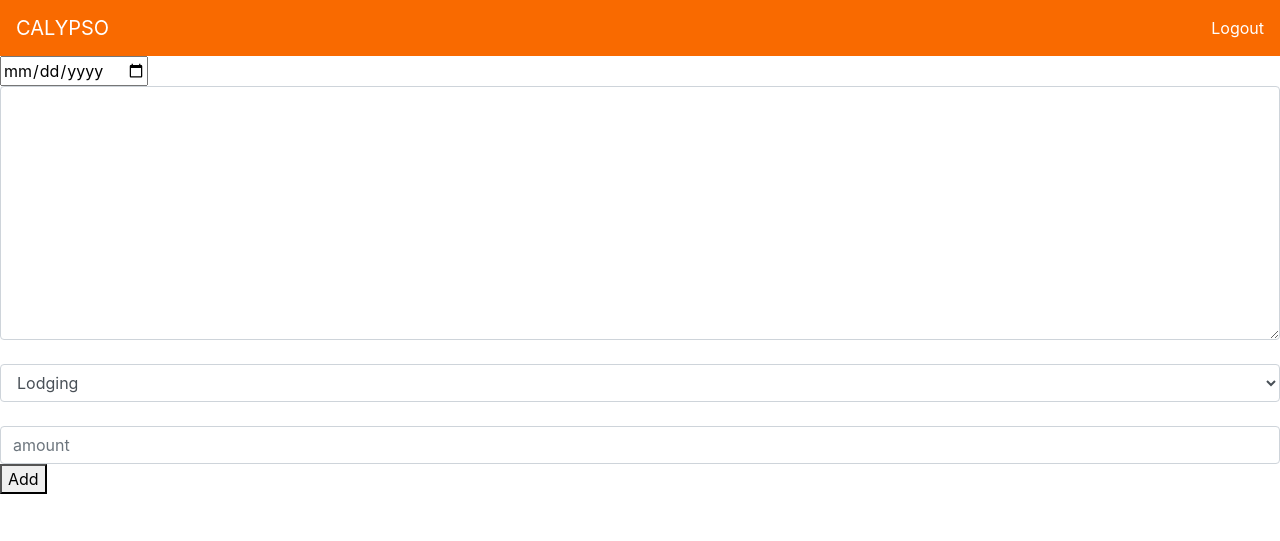
Repository: mileslacue/Project1
Page: Minimal Viable Product/Project1/ERS/src/main/webapp/partials/createReimbursement.html
The author's editor kept a copy of each file at every save. The page is drawn from the files as they stood at one save, then again after the next save.
The browser window is 1280 px wide. The pictures show the whole page.
Some web libraries are served in a nearby version.

Above is the page before, as saved 2018-11-07 14:24:30.

### Minimal Viable Product/Project1/ERS/src/main/webapp/partials/createReimbursement.html
<!DOCTYPE html>
<html lang="en">

<head>
<meta charset="UTF-8">
<meta name="viewport" content="width=device-width, initial-scale=1.0">
<meta http-equiv="X-UA-Compatible" content="ie=edge">
<link rel="stylesheet" href="https://stackpath.bootstrapcdn.com/bootstrap/4.1.3/css/bootstrap.min.css" integrity="sha384-MCw98/SFnGE8fJT3GXwEOngsV7Zt27NXFoaoApmYm81iuXoPkFOJwJ8ERdknLPMO"

       crossorigin="anonymous">

<style>
nav {
	background-color: #F96A00;
}
</style>

</head>
<body>

	<nav class="navbar navbar-light">
		<a class="navbar-brand" href="#" style="color: white;"> CALYPSO </a> <a
			href="#" id="logout" style="color: white;">Logout</a>
	</nav>

	<input type="date" id="date" placeholder="">
	<br>
	<textarea class="form-control" name="description" id="description" cols="30" rows="10"></textarea>
	<br>
	<select class="form-control" name="type" id="type">
		<option value="Lodging">Lodging</option>
		<option value="Travel">Travel</option>
		<option value="Food">Food</option>
		<option value="Other">Other</option>
	</select>
	<br>
	<input class="form-control"type="number" placeholder="amount" id="amount">
	<button type="submit" id="add">Add</button>

	<script src="https://code.jquery.com/jquery-3.3.1.slim.min.js"
		integrity="sha384-q8i/X+965DzO0rT7abK41JStQIAqVgRVzpbzo5smXKp4YfRvH+8abtTE1Pi6jizo"
		crossorigin="anonymous"></script>
	<script
		src="https://cdnjs.cloudflare.com/ajax/libs/popper.js/1.14.3/umd/popper.min.js"
		integrity="sha384-ZMP7rVo3mIykV+2+9J3UJ46jBk0WLaUAdn689aCwoqbBJiSnjAK/l8WvCWPIPm49"
		crossorigin="anonymous"></script>
	<script
		src="https://stackpath.bootstrapcdn.com/bootstrap/4.1.3/js/bootstrap.min.js"
		integrity="sha384-ChfqqxuZUCnJSK3+MXmPNIyE6ZbWh2IMqE241rYiqJxyMiZ6OW/JmZQ5stwEULTy"
		crossorigin="anonymous"></script>
	<script type="text/javascript" charset="utf8" src="https://cdn.datatables.net/1.10.19/js/jquery.dataTables.js"></script>
</body>
</html>

After the next save:
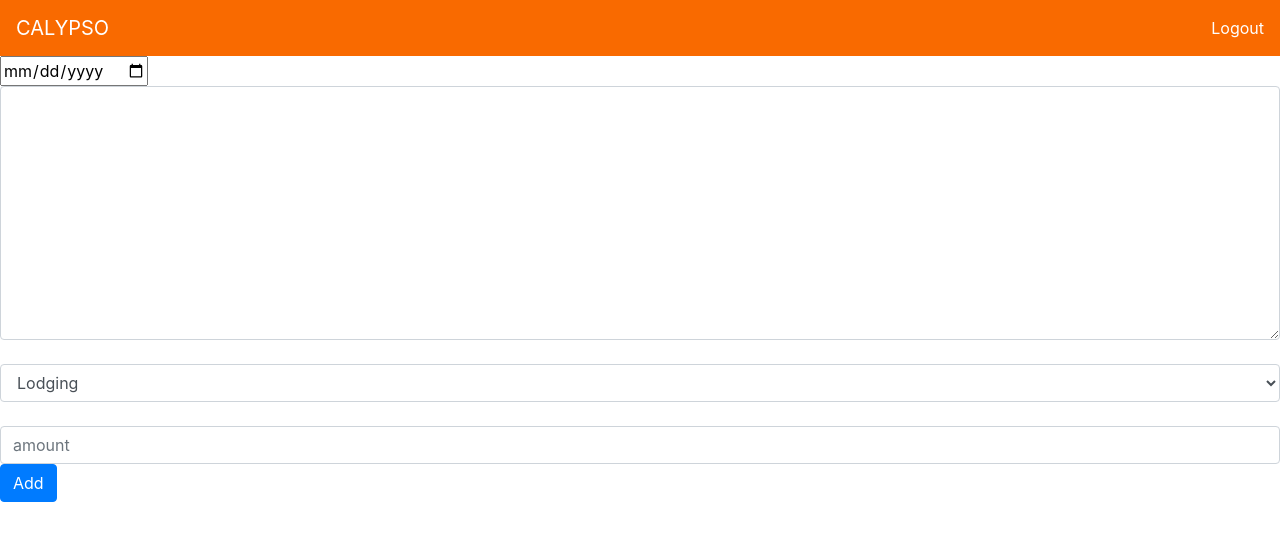
Saved 21 s later.
--- a/Minimal Viable Product/Project1/ERS/src/main/webapp/partials/createReimbursement.html
+++ b/Minimal Viable Product/Project1/ERS/src/main/webapp/partials/createReimbursement.html
@@ -35,7 +35,7 @@ nav {
 	</select>
 	<br>
 	<input class="form-control"type="number" placeholder="amount" id="amount">
-	<button type="submit" id="add">Add</button>
+	<button class="btn btn-primary" type="submit" id="add">Add</button>
 
 	<script src="https://code.jquery.com/jquery-3.3.1.slim.min.js"
 		integrity="sha384-q8i/X+965DzO0rT7abK41JStQIAqVgRVzpbzo5smXKp4YfRvH+8abtTE1Pi6jizo"
